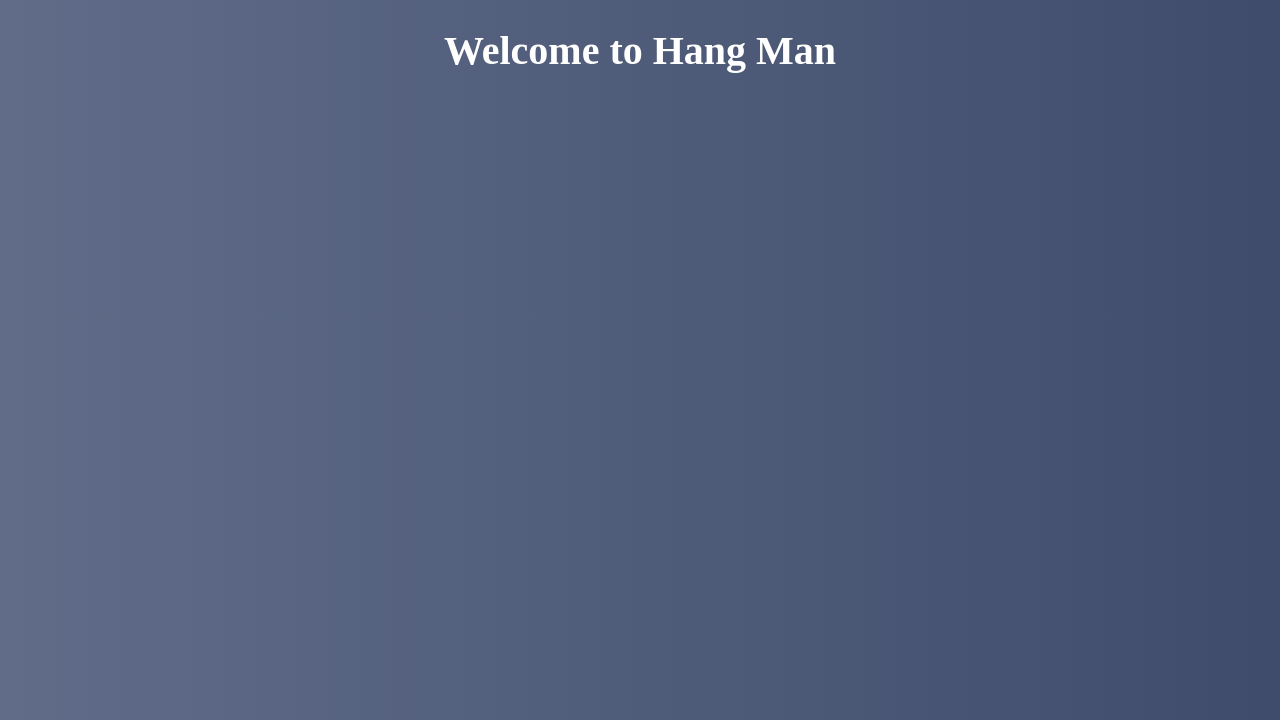
Repository: Darkingfired/Game
Page: hangman.html
The author's editor kept a copy of each file at every save. The page is drawn from the files as they stood at one save, then again after a run of saves.
The browser window is 1280 px wide. The pictures show the whole page.
Pictures or frames that could not be fetched are drawn as grey boxes.

Above is the page before, as saved 2022-11-12 20:32:46.

After the next 2 saves:
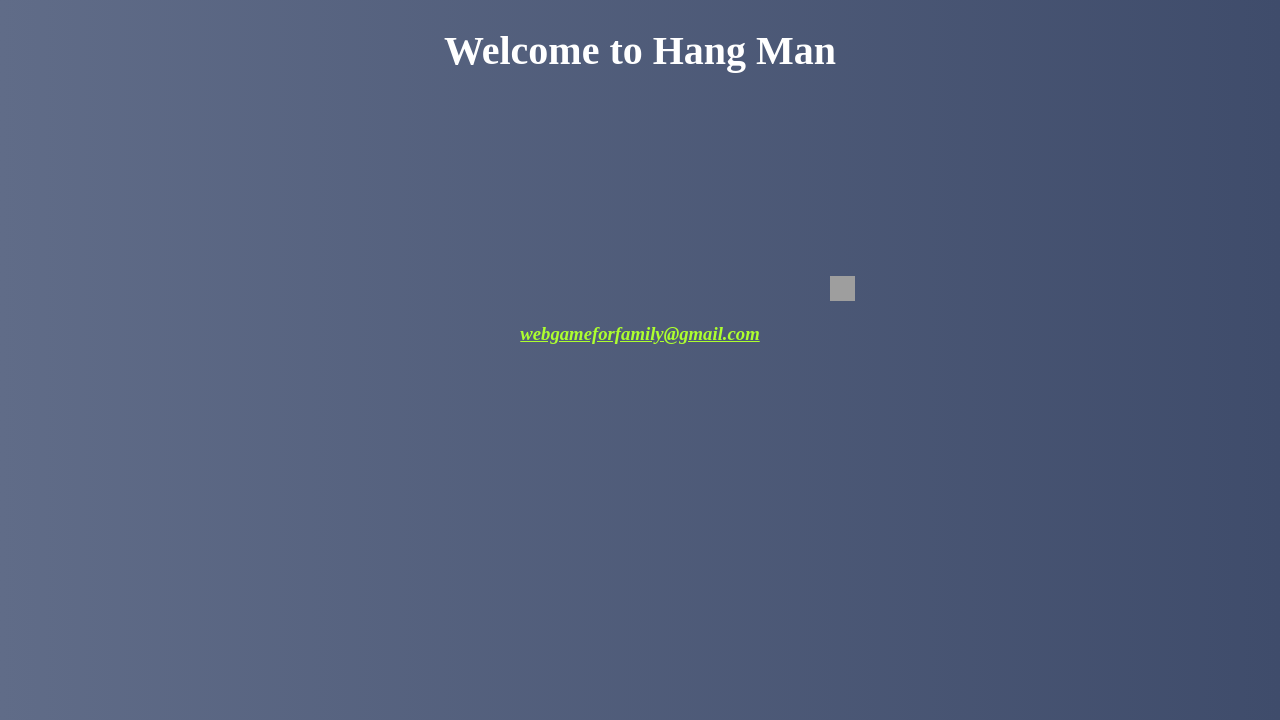
The 2 saves are shown as one change because they came seconds apart.
The last was saved 5 s later.
--- a/hangman.html
+++ b/hangman.html
@@ -16,7 +16,7 @@
     <div>
         <h1>Welcome to Hang Man</h1>
         <!-- <canvas id="myCanvas"></canvas> -->
-        <canvas id="my-canvas" width="400px" height="200px"><>
+        <canvas id="my-canvas" width="400px" height="200px"></canvas>
         <img id="myImage" src="./hangman copy.jpg" height="25px", width="25px"/>
 
          <!-- <script>
